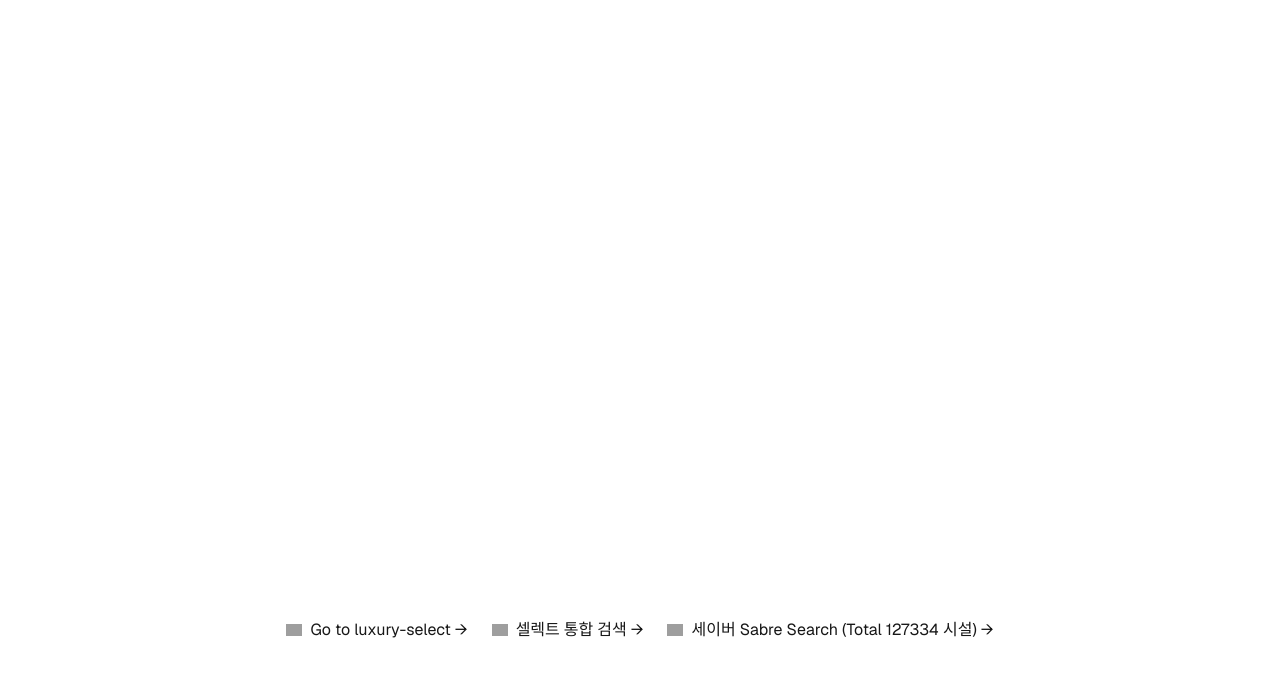
Repository: tide-mobility/select-search
Page: /
An editor plug-in stored every save of this project. The page is shown before and after the next save, followed by the edit.
The browser window is 1280 px wide. The pictures show the whole page.
Pictures or frames that could not be fetched are drawn as grey boxes. The project was rebuilt for these pictures with package versions that can differ from the ones it lists, and the page was loaded fresh each time. The framework's server and built-in components were replaced by stand-ins that run in the browser. Also part of the build but not shown: next.config.ts.

Above is the page before, as saved 2025-01-19 09:01:19.

### src/app/page.tsx
// import Image from "next/image";
import Footer from "./components/footer";

export default function Home() {
  return (
    <div className="grid grid-rows-[20px_1fr_20px] items-center justify-items-center min-h-screen p-8 pb-20 gap-16 sm:p-20 font-[family-name:var(--font-geist-sans)]">
      <main></main>
      <Footer />
    </div>
  );
}

### src/app/components/footer.tsx
import React from 'react';


interface ImageProps {
    ariaHidden?: boolean;
    src: string;
    alt: string;
    width : number;
    height : number;
    // Add any other props you need
}

const Image: React.FC<ImageProps> = ({ ariaHidden, src, alt, width, height }) => {
    return <img aria-hidden={ariaHidden} src={src} alt={alt} width={width} height={height} />;
};

const Footer: React.FC = () => {

  const searchHref = typeof window !== 'undefined' ? `${window.location.origin}/search` : '/search';
  const searchSabreHref = typeof window !== 'undefined' ? `${window.location.origin}/search-sabre` : '/search-sabre';
    return (
        <footer className="row-start-3 flex gap-6 flex-wrap items-center justify-center">
        <a
            className="flex items-center gap-2 hover:underline hover:underline-offset-4"
            href="https://luxury-select.co.kr"
            target="_blank"
            rel="noopener noreferrer"
          >
            <Image
              aria-hidden
              src="/globe.svg"
              alt="Globe icon"
              width={16}
              height={16}
            />
            Go to luxury-select →
          </a>
          <a
            className="flex items-center gap-2 hover:underline hover:underline-offset-4"
            // href="https://select-search-zeta.vercel.app/search"
            // href={`${window.location.origin}/search`}
            href={searchHref}
            target="_blank"
            rel="noopener noreferrer"
          >
            <Image
              aria-hidden
              src="/file.svg"
              alt="File icon"
              width={16}
              height={16}
            />
            셀렉트 통합 검색 →
          </a>
          <a
            className="flex items-center gap-2 hover:underline hover:underline-offset-4"
            // href="https://select-search-zeta.vercel.app/search-sabre"
            // href={`${window.location.origin}/search-sabre`}
            href={searchSabreHref}
            target="_blank"
            rel="noopener noreferrer"
          >
            <Image
              aria-hidden
              src="/file.svg"
              alt="File icon"
              width={16}
              height={16}
            />
            세이버 Sabre Search (Total 127334 시설) →
          </a>
        </footer>
    );
};

export default Footer;

Loaded but not shown: src/app/layout.tsx (common file); src/app/globals.css (common file); tailwind.config.ts (common file)

After the next save:
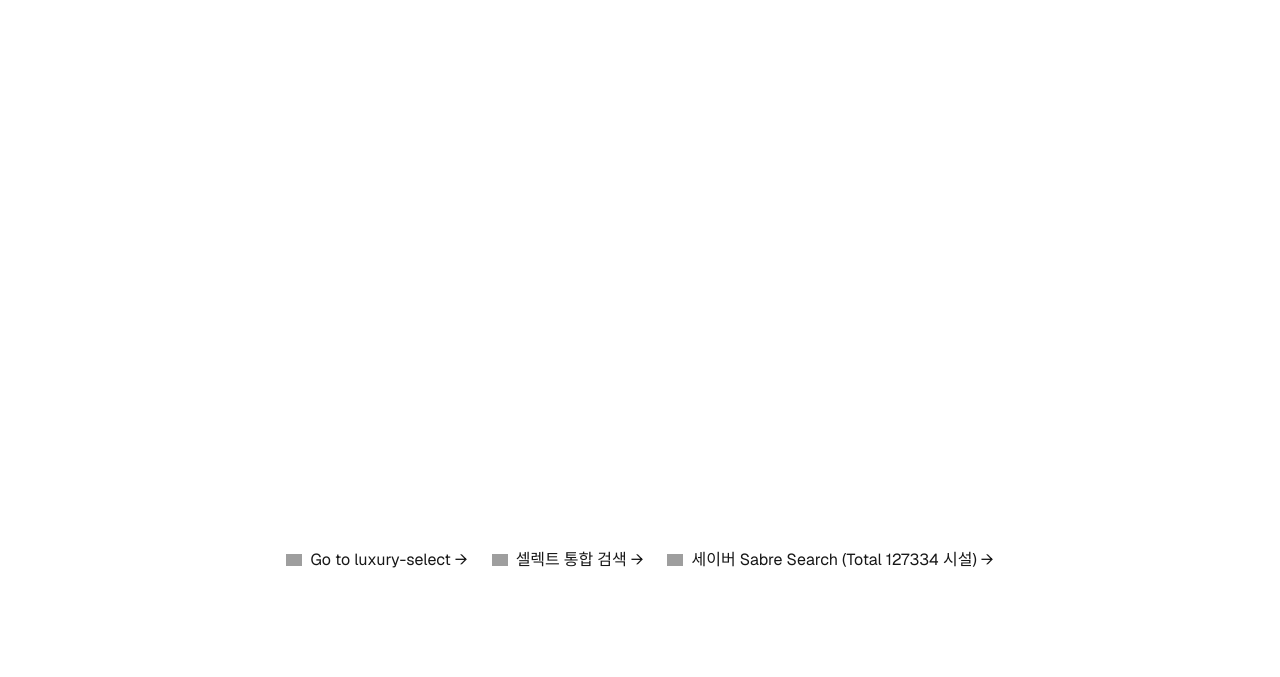
Saved 7 min 58 s later.
--- a/src/app/page.tsx
+++ b/src/app/page.tsx
@@ -3,7 +3,7 @@
 
 export default function Home() {
   return (
-    <div className="grid grid-rows-[20px_1fr_20px] items-center justify-items-center min-h-screen p-8 pb-20 gap-16 sm:p-20 font-[family-name:var(--font-geist-sans)]">
+    <div className="grid  items-center justify-items-center min-h-screen p-8 pb-20 gap-16 sm:p-20 font-[family-name:var(--font-geist-sans)]">
       <main></main>
       <Footer />
     </div>

After the save that followed:
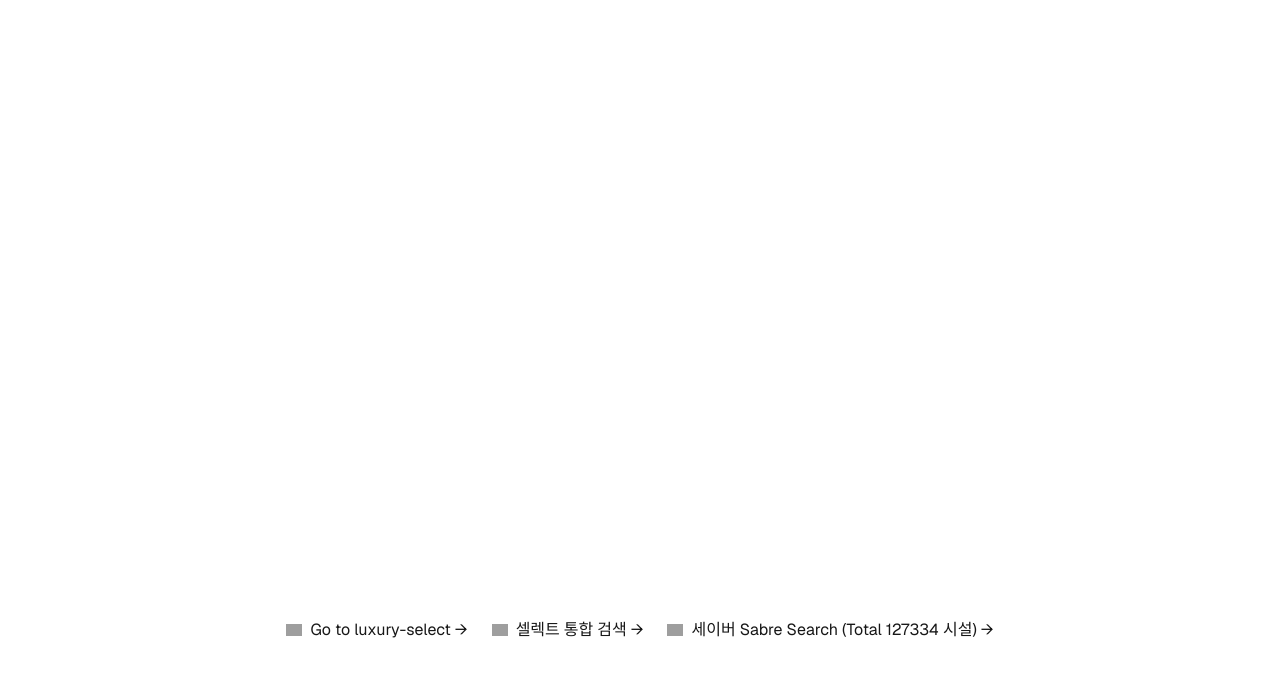
Saved 11 s later.
--- a/src/app/page.tsx
+++ b/src/app/page.tsx
@@ -3,7 +3,7 @@
 
 export default function Home() {
   return (
-    <div className="grid  items-center justify-items-center min-h-screen p-8 pb-20 gap-16 sm:p-20 font-[family-name:var(--font-geist-sans)]">
+    <div className="grid grid-rows-[20px_1fr_20px] items-center justify-items-center min-h-screen p-8 pb-20 gap-16 sm:p-20 font-[family-name:var(--font-geist-sans)]">
       <main></main>
       <Footer />
     </div>
